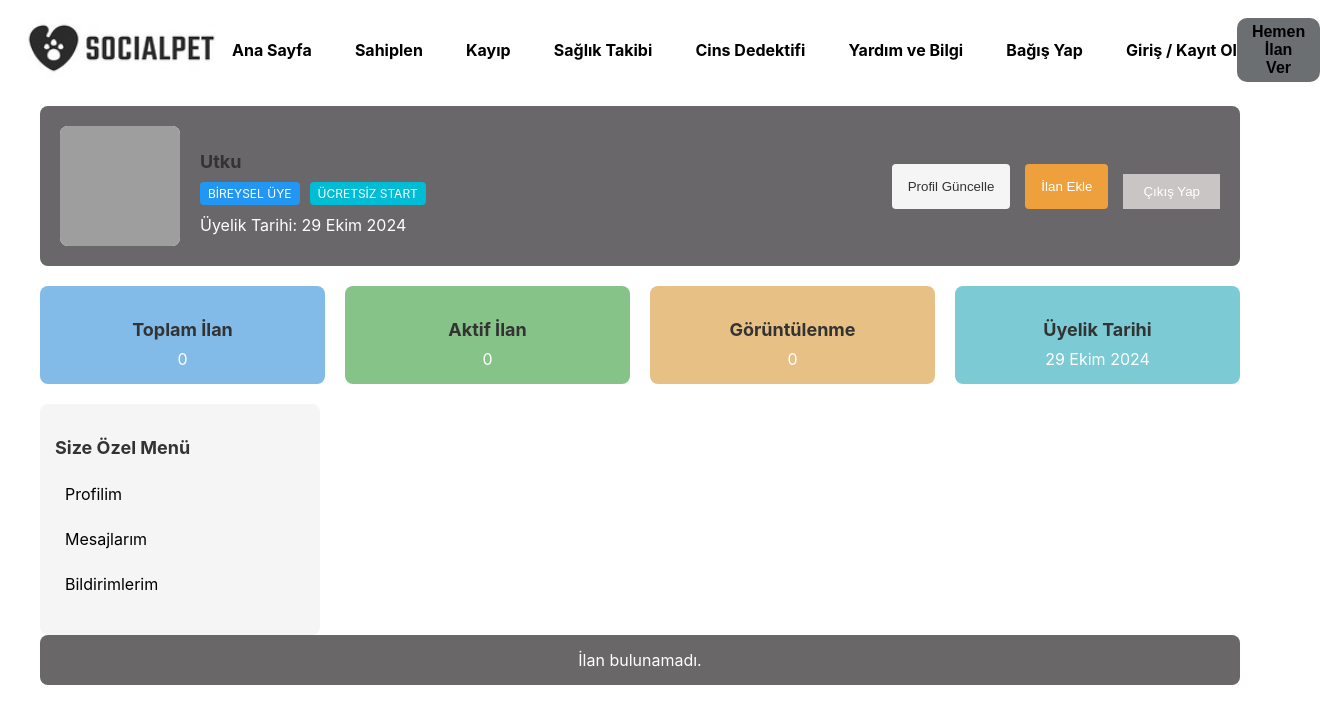
Repository: utkucaa/socialpet-frontend
Page: /profile (app in petweb/petweb/)
An editor plug-in stored every save of this project. The page is shown before and after the next save, followed by the edit.
The browser window is 1280 px wide. The page is 1320 px wide, so the pictures cover 1320 px, including what lies to the right of the window. The pictures show the whole page.
Pictures or frames that could not be fetched are drawn as grey boxes. The project was rebuilt for these pictures with package versions that can differ from the ones it lists, and the page was loaded fresh each time. Also part of the build but not shown: petweb/petweb/src/Components/Login/Login.jsx, petweb/petweb/src/Components/Intro/Intro.css, petweb/petweb/src/Components/Intro/Intro.jsx, petweb/petweb/src/Components/Register/Register.jsx, petweb/petweb/src/Components/Adoption/Header.css, petweb/petweb/src/Components/Adoption/Header.jsx, petweb/petweb/src/Components/Adoption/Stats.css, petweb/petweb/src/Components/Adoption/Stats.jsx and 31 more. Imported but missing from the stored project, and not drawn on this page: petweb/petweb/src/Components/AdoptionSteps.

Above is the page before, as saved 2025-01-09 22:18:56.

### petweb/petweb/src/App.js
import React, { useState, useEffect } from 'react';
import { BrowserRouter as Router, Routes, Route } from 'react-router-dom';
import Navbar from './Components/Navbar/Navbar';
import Login from './Components/Login/Login';
import Intro from './Components/Intro/Intro';
import Register from './Components/Register/Register';
import ProfilePage from './Components/Profile/ProfilePage';
import AdoptionPage from './Components/Adoption/AdoptionPage';
import CreatedPage from './Components/Adoption/CreatedPage';
import LostPage from './Components/Lost/LostPage';
import CreateListingPage from './Components/Lost/CreateListingPage'; // Bu satırı ekleyin
import CategoryBar from './Components/Lost/CategoryBar';
import QuestionDetail from './Components/HelpAndInfo/QuestionDetail';
import AdDetail from './Components/Adoption/AdDetail';
import Donate from './Components/Donate/Donate';

import './App.css';
import HelpAndInfo from './Components/HelpAndInfo/HelpAndInfo';

function App() {
  const [user, setUser] = useState(null);  // Kullanıcı bilgisini tutacak state

  useEffect(() => {
    // Sayfa yüklendiğinde localStorage'dan kullanıcı bilgisini al
    const storedUser = localStorage.getItem('user');
    if (storedUser) {
      setUser(JSON.parse(storedUser));
    }
  }, []);

  return (
    <Router>
      <Navbar user={user} setUser={setUser} />
      <Routes>
        <Route path="/" element={<Intro />} />
        <Route path="/login" element={<Login setUser={setUser} />} />
        <Route path="/register" element={<Register />} />
        <Route path="/adopt" element={<AdoptionPage />} />
        <Route path="/lost" element={<LostPage/>} />
        <Route path="/create-listing" element={<CreateListingPage />} />
        <Route path="/health-tracking" element={<div>Sağlık Takibi</div>} />
        <Route path="/breed-detector" element={<div>Cins Dedektifi</div>} />
        <Route path="/help-info" element={<HelpAndInfo/>} />
        <Route path="/question/:id" element={<QuestionDetail />} />
        <Route path="/donate" element={<Donate/>} />
        <Route path="/create-ad" element={<CreatedPage />} />
        <Route path="/profile" element={<ProfilePage user={user} setUser={setUser} />} />
        <Route path="/ad/:id" element={<AdDetail />} />

      </Routes>
    </Router>
  );
}

export default App;

### petweb/petweb/src/Components/Navbar/Navbar.jsx
import React from 'react';
import { Link } from 'react-router-dom';
import './Navbar.css';

const Navbar = ({ user, setUser }) => {
  const handleLogout = () => {
    setUser(null);
  };

  return (
    <div className='n-container'>
      <div className="n-left">
        <Link to="/">
          <img src="/logo.png" alt="Social Pet Logo" className="n-logo" />
        </Link>
      </div>
      <div className="n-right">
        <div className="n-list">
          <ul>
            <li><Link to="/">Ana Sayfa</Link></li>
            <li><Link to="/adopt">Sahiplen</Link></li>
            <li><Link to="/lost">Kayıp</Link></li>
            <li><Link to="/health-tracking">Sağlık Takibi</Link></li>
            <li><Link to="/breed-detector">Cins Dedektifi</Link></li>
            <li><Link to="/help-info">Yardım ve Bilgi</Link></li>
            <li><Link to="/donate">Bağış Yap</Link></li>

            {!user ? (
              <li><Link to="/login">Giriş / Kayıt Ol</Link></li>
            ) : (
              <li><Link to="/profile">Profil</Link></li>
            )}
          </ul>
        </div>
        {!user ? (
          <button className='giris-cıkıs'>
            <Link to="/create-ad">Hemen İlan Ver</Link>
          </button>
        ) : (
          <button className='giris-cıkıs cıkıs' onClick={handleLogout}>
            <Link to="/">Çıkış Yap</Link>
          </button>
        )}
      </div>
    </div>
  );
};

export default Navbar;

### petweb/petweb/src/Components/Profile/ProfilePage.jsx
import React, { useState } from 'react';
import './ProfilePage.css';
import { useNavigate } from 'react-router-dom';

const ProfilePage = () => {

  const [avatar, setAvatar] = useState('/avatar.png');
  const navigate = useNavigate();

  const handleFileChange = (event) => {
    const file = event.target.files[0];
    if (file) {
      const imageUrl = URL.createObjectURL(file);
      setAvatar(imageUrl);
    }
  };

  const userStats = {
    totalAds: 0,
    activeAds: 0,
    views: 0,
    membershipDate: '29 Ekim 2024'
  };

  const userInfo = {
    name: 'Utku',
    memberType: 'BİREYSEL ÜYE',
    memberStatus: 'ÜCRETSİZ START'
  };

  const handleLogout = () => {
    // localStorage'dan kullanıcıyı sil
    localStorage.removeItem('user');
    // Çıkış işlemi sonrası kullanıcıyı anasayfaya yönlendir
    navigate('/');
  };

  return (
    <div className="profile-container">
      <div className="profile-header-section">
        <div className="profile-left">
          <div className="profile-avatar">
          <img src={avatar} alt="Profile"/>
          <input
              type="file"
              accept="image/*"
              onChange={handleFileChange}
              className="avatar-input"
            />
          </div>
          <div className="profile-info">
            <h2>{userInfo.name}</h2>
            <div className="member-tags">
              <span className="tag blue">{userInfo.memberType}</span>
              <span className="tag cyan">{userInfo.memberStatus}</span>
            </div>
            <div className="membership-date">Üyelik Tarihi: {userStats.membershipDate}</div>
          </div>
        </div>
        <div className="profile-actions">
          <button className="btn-update">Profil Güncelle</button>
          <button className="btn-add">İlan Ekle</button>
          <button className="btn-logout" onClick={handleLogout}>Çıkış Yap</button>
        </div>
      </div>
      <div className="stats-section">
        <div className="stat-card blue">
          <h3>Toplam İlan</h3>
          <span>{userStats.totalAds}</span>
        </div>
        <div className="stat-card green">
          <h3>Aktif İlan</h3>
          <span>{userStats.activeAds}</span>
        </div>
        <div className="stat-card orange">
          <h3>Görüntülenme</h3>
          <span>{userStats.views}</span>
        </div>
        <div className="stat-card cyan">
          <h3>Üyelik Tarihi</h3>
          <span>{userStats.membershipDate}</span>
        </div>
      </div>

      {/* Content Section */}
      <div className="content">
        <div className="side">
          <h3>Size Özel Menü</h3>
          <ul>
            <li>Profilim</li>
            <li>Mesajlarım</li>
            <li>Bildirimlerim</li>
          </ul>
        </div>
        <div className="main-content">
          <div className="no-ads">İlan bulunamadı.</div>
        </div>
      </div>
    </div>
  );
};

export default ProfilePage;

### petweb/petweb/src/Components/Navbar/Navbar.css
.spline-sans-mono {
    font-family: "Spline Sans Mono", monospace;
  }

.n-container{
    height: 10vh;
    margin-top: 14px;
    display: flex;
    justify-content: space-between;
    align-items: center;
    padding: 0 2rem;
}

.n-logo {
    width: 200px;
    height: auto;
    margin-right: 10px;
    margin-left: -10px;
  }


.n-left{
    flex:1;
    align-items: center;
    display: flex;
    gap:1 rem;
}


.n-right{
    display: flex;
    flex: 5;
    align-items: center;
    justify-content: center;
    font-weight: 400;
}

.n-list{
    flex: 10;
}

.n-list a {
    text-decoration: none;
    color: black;
    font-weight: bold;
    font-size: 16px;
    transition: color 0.3s ease;
}

.n-list a:hover {
    color:  #1a237e;
}

.n-list>ul{
    display: flex;
    gap: 2.7rem;
    margin-right: 2rem;
    margin-left: -10px;
    align-items: center;
    list-style: none;
    padding: 0;
    margin: 0;
}

.n-list>ul>li {
    white-space: nowrap;
}

.giris-cıkıs {
    background-color: #6b6f72;
    color: white;
    padding: 5px 15px;
    border: none;
    border-radius: 10px;
    cursor: pointer;
    font-size: 16px;
    font-weight: bold;
    transition: background-color 0.3s ease, transform 0.2s ease;
    margin-right: -14px;
    width: auto;
}
.giris-cıkıs:hover {
    background-color: #4b5b63;
    transform: scale(1.05);
}

.giris-cıkıs a {
    text-decoration: none;
    color: black;
    font-weight: bold;
    font-size: 16px;
}

.giris-cıkıs a:hover {
    color: white;
}

### petweb/petweb/src/Components/Login/Login.css

.login-page {
    display: flex;
    height: 100vh;
  }

  .login-left {
    flex: 1;
  display: flex;
  flex-direction: column;
  justify-content: center;
  align-items: center;
  background: linear-gradient(135deg, #f0f0f0, #d9e4f5);
  padding: 20px;
  text-align: center;
  border-top-right-radius: 20px;
  border-radius: 20px;
  margin-left: 30px;
  }
  .login-logo {
    width: 400px;
    height: auto;
    border-radius: 10px;
    margin-top: 20px;
  }
  .login-left h1 {
    font-size: 36px;
    color: #333;
    margin-bottom: 5px;
    margin-top: 10px;
  }

  .login-left p {
    font-size: 18px;
    margin-top: 5px;
    color: #555;
  }

  .login-image {
    width: 70%;
    margin-top: 20px;
    border-radius: 10px;
  }

  .login-right {
    flex: 1;
    display: flex;
    justify-content: center;
    align-items: center;
    background: #fff;
  }

  .login-box {
    background: white;
    padding: 30px;
    border-radius: 8px;
    box-shadow: 0 4px 15px rgba(0, 0, 0, 0.2);
    text-align: center;
    width: 90%;
    max-width: 400px;
  }

  h2 {
    font-size: 24px;
    margin-bottom: 20px;
    color: #333;
  }

  .form-group {
    margin-bottom: 15px;
    text-align: left;
  }

  label {
    display: block;
    font-size: 14px;
    margin-bottom: 5px;
    color: #555;
  }

  input {
    width: 100%;
    padding: 10px;
    font-size: 14px;
    border-radius: 5px;
    border: 1px solid #ccc;
    outline: none;
    transition: border-color 0.3s;
  }

  input:focus {
    border-color: #5d6d7e;
  }

  .login-button {
    background-color: #5d6d7e;
    color: white;
    padding: 10px;
    width: 100%;
    border: none;
    border-radius: 5px;
    font-size: 16px;
    cursor: pointer;
    transition: background-color 0.3s;
  }

  .login-button:hover {
    background-color: #4b5b63;
  }

  .error-message {
    color: red;
    font-size: 14px;
    margin-bottom: 15px;
  }

  .redirect-message {
    margin-top: 15px;
    font-size: 14px;
  }

  .redirect-message a {
    color: #4a90e2;
    text-decoration: none;
  }

  .redirect-message a:hover {
    text-decoration: underline;
  }

### petweb/petweb/src/Components/Register/Register.css
.register-page {
    display: flex;
    height: 100vh;
  }

  .register-left {
    flex: 1;
  display: flex;
  flex-direction: column;
  justify-content: center;
  align-items: center;
  background: linear-gradient(135deg, #f0f0f0, #d9e4f5);
  padding: 20px;
  text-align: center;
  border-top-right-radius: 20px;
  border-radius: 20px;
  margin-left: 30px;
  }

  .register-logo {
    width: 400px;
    height: auto;
    border-radius: 10px;
    margin-top: 20px;
  }

  .register-left h1 {
    font-size: 36px;
    color: #333;
    margin-bottom: 5px;
    margin-top: 10px;
  }

  .register-left p {
    font-size: 18px;
    margin-top: 5px;
    color: #555;
  }

  .register-right {
    flex: 1;
    display: flex;
    justify-content: center;
    align-items: center;
    background: #fff;
  }

  .register-box {
    background: white;
  padding: 20px;
  border-radius: 20px;
  box-shadow: 0 4px 15px rgba(0, 0, 0, 0.2);
  text-align: center;
  width: 100%;
  max-width: 600px;
  }

  h2 {
    font-size: 24px;
    margin-bottom: 20px;
    color: #333;
  }

  .form-group {
    margin-bottom: 15px;
    text-align: left;
  }

  label {
    font-size: 14px;
  margin-bottom: 5px;
  color: #555;
  align-self: flex-start;
  padding-left: 112px;
  }

  input {
    width: 100%;
    max-width: 350px;
    padding: 12px;
    font-size: 14px;
    border-radius: 5px;
    border: 1px solid #ccc;
    outline: none;
    transition: border-color 0.3s;
    margin: 0 auto;
    display: block;
  }

  input:focus {
    border-color: #5d6d7e;
  }

  .register-button {
    background-color: #5d6d7e;
  color: white;
  padding: 12px;
  width: 100%;
  max-width: 350px;
  border: none;
  border-radius: 5px;
  font-size: 16px;
  cursor: pointer;
  transition: background-color 0.3s;
  margin: 20px auto;
  display: block;
  }

  .register-button:hover {
    background-color: #4b5b63;
  }

  .error-message {
    color: red;
    font-size: 14px;
    margin-bottom: 15px;
  }

  .redirect-message {
    margin-top: 15px;
    font-size: 14px;
  }

  .redirect-message a {
    color: #4a90e2;
    text-decoration: none;
  }

  .redirect-message a:hover {
    text-decoration: underline;
  }

### petweb/petweb/src/Components/Profile/ProfilePage.css
.profile-container {
  padding: 20px;
  max-width: 1200px;
  margin: 0 auto;
}

.profile-header-section {
  background: #696769;
  border-radius: 8px;
  padding: 20px;
  display: flex;
  justify-content: space-between;
  align-items: center;
  color: white;
}

.profile-avatar {
  display: flex;
  justify-content: center;
  align-items: center;
  position: relative;
  width: 120px;
  height: 120px;
}

.avatar-box {
  width: 100px;
  height: 100px;
  border-radius: 8px;
  background-color: #d9d9d9;
  overflow: hidden;
  display: flex;
  justify-content: center;
  align-items: center;
  position: relative;
  cursor: pointer;
}

.avatar-box img {
  width: 100%;
  height: 100%;
  object-fit: cover;
}

.avatar-input {
  position: absolute;
  top: 0;
  left: 0;
  width: 100%;
  height: 100%;
  opacity: 0;
  cursor: pointer;
  z-index: 2;
}

.profile-left {
  display: flex;
  align-items: center;
  gap: 20px;
}

.profile-avatar img {
  width: 120px;
  height: 120px;
  border-radius: 8px;
  background: #fff;
}

.member-tags {
  display: flex;
  gap: 10px;
  margin: 10px 0;
}

.tag {
  padding: 4px 8px;
  border-radius: 4px;
  font-size: 12px;
}

.tag.blue {
  background: #2196f3;
}

.tag.cyan {
  background: #00bcd4;
}

.stats-section {
  display: grid;
  grid-template-columns: repeat(4, 1fr);
  gap: 20px;
  margin: 20px 0;
}

.stat-card {
  padding: 15px;
  border-radius: 8px;
  color: white;
  text-align: center;
}

.stat-card.blue { background: #82bae8; }
.stat-card.green { background: #86c388; }
.stat-card.orange { background: #e7c086; }
.stat-card.cyan { background: #7bcad4; }


.content-section {
  display: flex;
  gap: 20px;
  margin-top: 20px;
}

.side {
  width: 250px;
  background: #f5f5f5;
  padding: 15px;
  border-radius: 8px;
}

.side ul {
  list-style: none;
  padding: 0;
}

.side li {
  padding: 10px;
  margin: 5px 0;
  cursor: pointer;
  border-radius: 4px;
  transition: background-color 0.3s;
}

.side li:hover {
  background: #e0e0e0;
}

.main-content {
  flex: 1;
}

.no-ads {
  background: #696767;
  color: white;
  padding: 15px;
  border-radius: 8px;
  text-align: center;
}

.profile-actions {
  display: flex;
  gap: 15px;
}

.btn-update, .btn-add {
  padding: 8px 16px;
  border: none;
  border-radius: 4px;
  cursor: pointer;
}

.btn-update {
  background: #f5f5f5;
  color: #333;

}

.btn-add {
  background: #eda03c;
  color: white;

}

.btn-logout {
  background-color: rgb(201, 197, 197);
  color: white;
  border: none;
  padding: 10px 20px;
  cursor: pointer;
  margin-top: 10px; /* İlan Ekle butonundan sonra biraz boşluk bırakır */
}

.btn-logout:hover {
  background-color: rgb(55, 54, 54);
}

### petweb/petweb/src/Components/Lost/CreateListingPage.css
.page-container {
  width: 100%;
  max-width: 1200px;
  margin: 0 auto;
  padding: 20px;
}

.baslık{
  font-size: 28px;
  margin-bottom: 29px;
}

.create-listing-container {
  display: flex;
  gap: 30px;
}

.left-section {
  flex: 7;
}

.right-section {
  flex: 3;
}

.form-group {
  margin-bottom: 20px;
}

h2, h3 {
  margin-bottom: 9px;
  color: #333;
  font-size: 18px;
}

.form-input,
.form-select,
.form-textarea {
  width: 100%;
  padding: 12px;
  border: 1px solid #ddd;
  border-radius: 4px;
  font-size: 16px;
  margin-bottom: 10px;
}

.form-textarea {
  min-height: 150px;
  resize: vertical;
}



.warning-text {
  color: #d32f2f;
  font-weight: bold;
  margin: 10px 0;
}

.note-text {
  color: #666;
  font-size: 14px;
  margin-top: 8px;
}

.map-container {
  width: 100%;
  height: 400px;
  background-color: #f5f5f5;
  border-radius: 4px;
  margin-bottom: 20px;
  display: flex;
  align-items: center;
  justify-content: center;
}

/* Sağ bölüm stilleri */
.image-upload-container {
  border: 2px dashed #ddd;
  border-radius: 4px;
  padding: 20px;
  text-align: center;
  background-color: #f9f9f9;
}

.file-input {
  display: none;
}

.file-label {
  cursor: pointer;
  display: block;
}

.upload-placeholder {
  color: #1976d2;
  font-size: 18px;
  padding: 60px 0;
}

.preview-image {
  max-width: 100%;
  max-height: 300px;
  object-fit: contain;
}

.upload-note {
  color: #666;
  font-size: 14px;
  margin-top: 10px;
}

.button-container {
  margin-top: 20px;
}

.publish-button,
.delete-button {
  width: 100%;
  padding: 12px;
  border: none;
  border-radius: 4px;
  font-size: 16px;
  cursor: pointer;
  margin-bottom: 10px;
}

.publish-button {
  background-color: #5d9d5f;
  color: white;
}

.delete-button {
  background-color: #d9473d;
  color: white;
}

.publish-button:hover,
.delete-button:hover {
  opacity: 0.9;
}

.terms-text {
  text-align: center;
  font-size: 14px;
  color: #666;
  margin-top: 15px;
}

.terms-text a {
  color: #1976d2;
  text-decoration: none;
}

### petweb/petweb/src/Components/HelpAndInfo/QuestionDetail.css
.question-detail {
    max-width: 1200px;
    margin: 0 auto;
    padding: 20px;
    display: grid;
    grid-template-columns: 1fr 300px;
    gap: 20px;
  }

  .question-header {
    grid-column: 1 / -1;
    text-align: left;
  }

  .question-header h2 {
    font-size: 24px;
    color: #333;
    margin-bottom: 10px;
  }

  .question-stats {
    display: flex;
    gap: 20px;
    color: #666;
  }

  .main-content {
    display: flex;
    flex-direction: column;
    gap: 20px;
  }

  .question-box {
    background: #fff;
    border-radius: 8px;
    box-shadow: 0 2px 4px rgba(0,0,0,0.1);
    padding: 20px;
    display: flex;
    gap: 20px;
  }

  .user-info {
    width: 120px;
    text-align: center;
  }

  .profile-image img {
    width: 80px;
    height: 80px;
    border-radius: 50%;
  }

  .username {
    font-weight: bold;
    margin: 10px 0;
  }

  .user-points {
    color: #666;
    font-size: 14px;
  }

  .question-content {
    flex: 1;
  }

  .question-text {
    line-height: 1.6;
    color: #333;
    margin-bottom: 20px;
  }

  .question-actions {
    display: flex;
  justify-content: space-between;
  width: 100%;
  }

  .patile-btn {
    background: #4CAF50;
    color: white;
    border: none;
    padding: 5px 10px;
    border-radius: 4px;
    cursor: pointer;
    width: auto;

  }

  .complaint-btn {
    background: #a9a6a6;
    color: white;
    border: none;
    padding: 5px 10px;
    border-radius: 4px;
    cursor: pointer;
    width: auto;
    margin-left: auto;


  }

  .post-date {
    color: #999;
    font-size: 12px;
    margin-top: 10px;
  }

  .answers-section {
    margin-top: 20px;
  }

  .answers-header {
    display: flex;
    justify-content: space-between;
    align-items: center;
    margin-bottom: 20px;
  }

  .answers-header h3 {
    display: flex;
    gap: 5px; /* Aralarına biraz boşluk ekler */
    margin: 0; /* Başlık etrafındaki boşlukları kaldır */
    font-size: 18px;
    color: #333;
  }

  .answers-header h3 span {
    display: inline-block;
  }
  .sort-answers {
    padding: 6px 8px;  /* İç boşlukları küçültüyoruz */
    font-size: 12px;   /* Yazı boyutunu küçültüyoruz */
    border-radius: 4px;
    width: 170px;      /* Genişliği küçültüyoruz */
    margin-left: auto; /* Sol boşluğu otomatik ayarlayarak sağa hizalar */
    display: block;
  }

  .answer-box {
    background: #fff;
    border-radius: 8px;
    box-shadow: 0 2px 4px rgba(0,0,0,0.1);
    padding: 20px;
    display: flex;
    gap: 20px;
    margin-bottom: 20px;
  }

  .right-sidebar {
    background: #f8f9fa;
    padding: 20px;
    border-radius: 8px;
  }

  .ask-question-section {
    margin-bottom: 30px;
  }

  .ask-question-btn {
    width: 100%;
    background: hwb(36 33% 4%);
    color: white;
    border: none;
    padding: 10px;
    border-radius: 4px;
    cursor: pointer;
    margin-top: 10px;
  }

  .donation-section {
    background: #fff;
    padding: 20px;
    border-radius: 8px;
    box-shadow: 0 2px 4px rgba(0,0,0,0.1);
  }

  .donation-amount {
    font-size: 24px;
    font-weight: bold;
    color: #ff4444;
    margin: 10px 0;
  }

  .donation-features p {
    color: #666;
    margin: 5px 0;
  }

  @media (max-width: 768px) {
    .question-detail {
      grid-template-columns: 1fr;
    }

    .question-box {
      flex-direction: column;
    }

    .user-info {
      width: 100%;
    }
  }

Loaded but not shown: petweb/petweb/public/index.html (common file); petweb/petweb/src/index.js (common file); petweb/petweb/src/index.css (common file); petweb/petweb/src/reportWebVitals.js (common file)

After the next save:
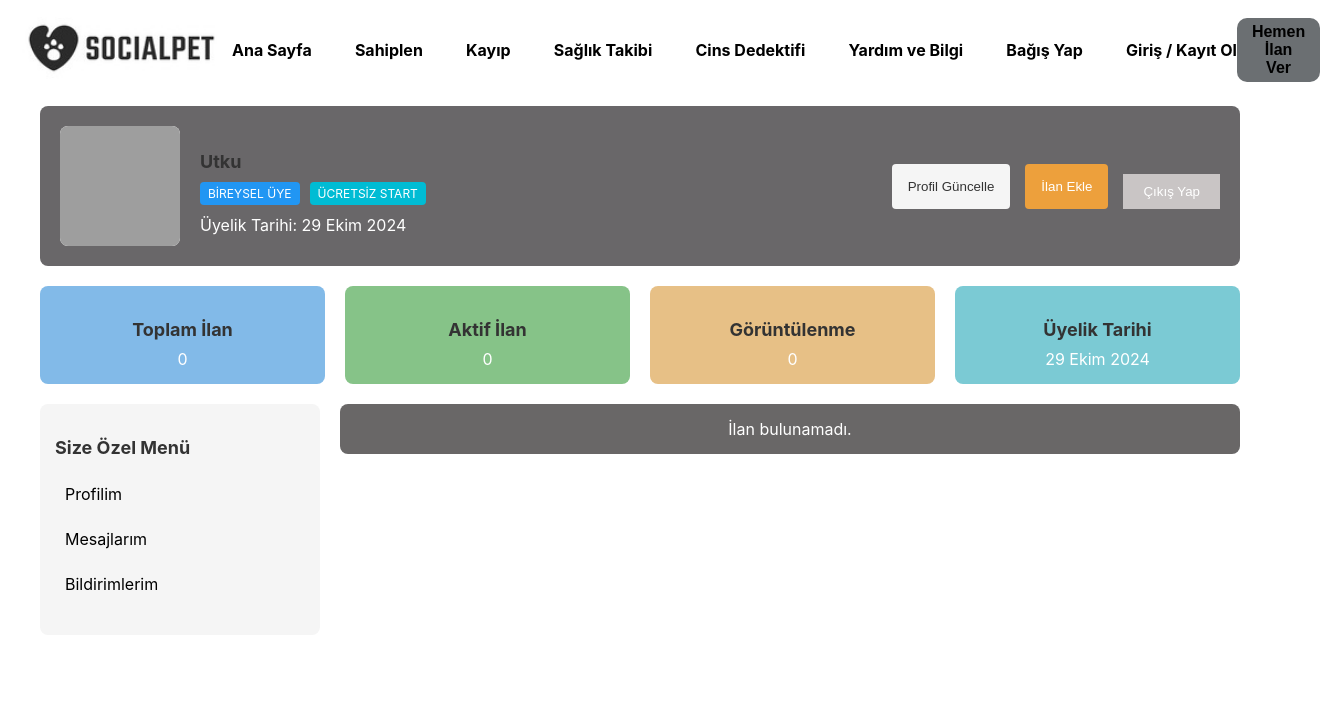
Saved 21 s later.
--- a/petweb/petweb/src/Components/Profile/ProfilePage.css
+++ b/petweb/petweb/src/Components/Profile/ProfilePage.css
@@ -106,7 +106,7 @@
 .stat-card.cyan { background: #7bcad4; }
 
 
-.content-section {
+.content {
   display: flex;
   gap: 20px;
   margin-top: 20px;
